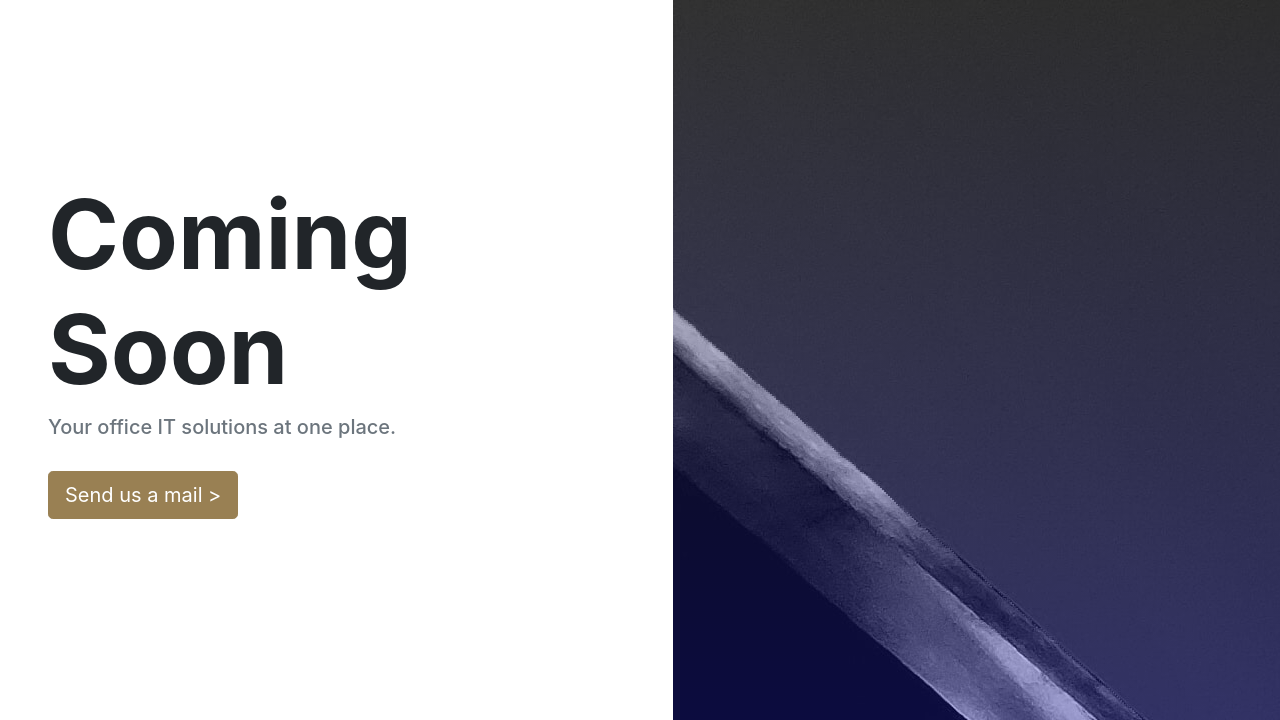
Repository: Thekxgh/website
Page: /
These files come from the project's save history. The page is drawn as it stood at one moment and after the next save; the edit follows.
The browser window is 1280 px wide. The pictures show the whole page.
The project was rebuilt for these pictures with package versions that can differ from the ones it lists, and the page was loaded fresh each time.

Above is the page before, as saved 2021-07-14 09:52:28.

After the next save:
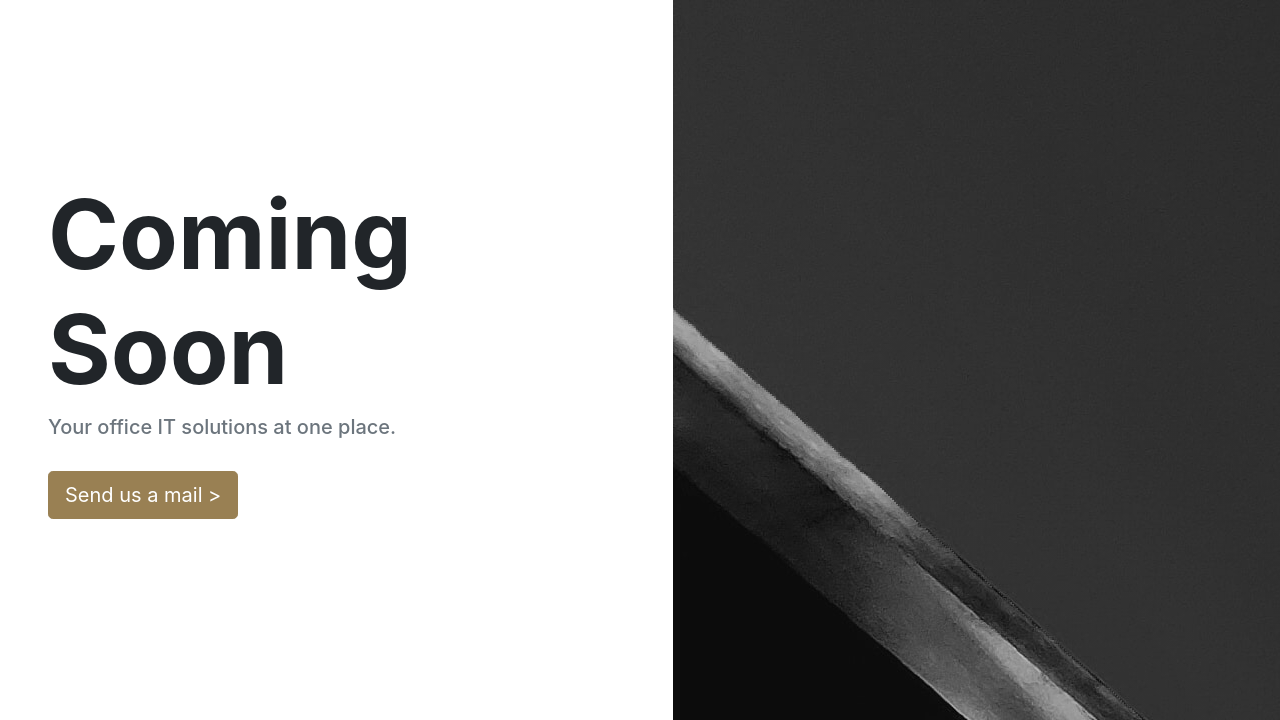
Saved 5 s later.
--- a/src/index.scss
+++ b/src/index.scss
@@ -12,6 +12,6 @@ $theme-colors: (
 @import '~bootstrap/scss/bootstrap.scss';
 
 .side-img{
- background: linear-gradient( rgba(0, 0, 0, 0.2), rgba(0, 0, 255, 0.2) ), url('./assets/img/background.jpg') no-repeat;
+ background: linear-gradient( rgba(0, 0, 0, 0.2), rgba(0, 0, 0, 0.2) ), url('./assets/img/background.jpg') no-repeat;
  min-height: 100vh;
 }
